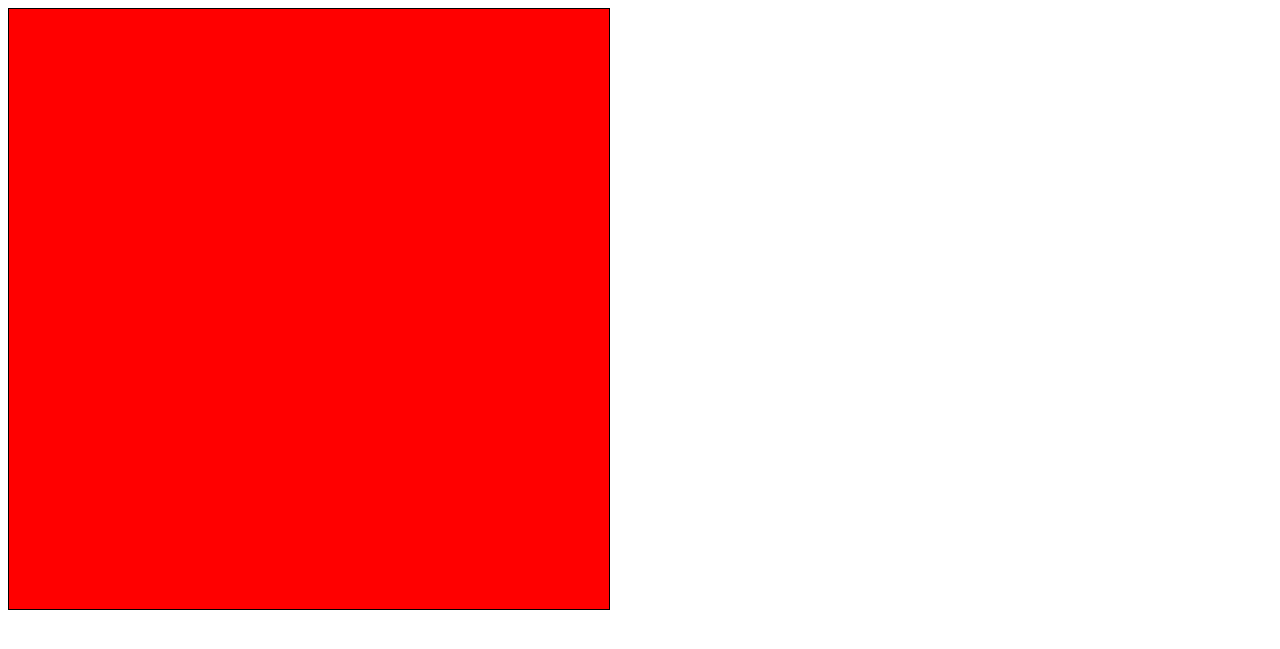
Repository: melon-husk/snakeGame
Page: index2.html
The author's editor kept a copy of each file at every save. The page is drawn from the files as they stood at one save, then again after a run of saves.
The browser window is 1280 px wide. The pictures show the whole page.

Above is the page before, as saved 2020-05-22 20:16:45.

After the next 2 saves:
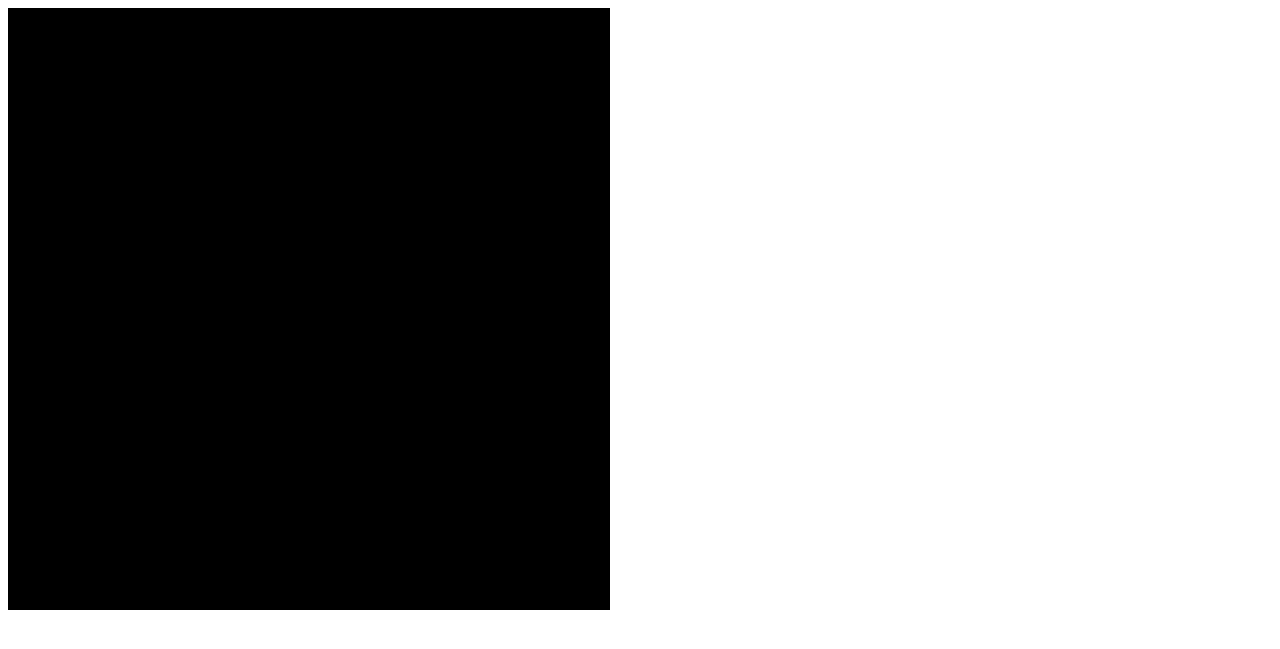
The 2 saves are shown as one change because they came seconds apart.
The last was saved 36 s later.
--- a/script.js
+++ b/script.js
@@ -113,7 +113,7 @@
     if( d == "S") snakeY += elementHeight;
 }
 function initialCanvasDraw(){
-    ctx.fillStyle = backGroundColor;
+    ctx.fillStyle = "black";
     ctx.fillRect(0, 0, boxWidth, boxHeight);
     for( let i = 0; i < friends.length ; i++){
         ctx.drawImage(friendImg, friends[i].x, friends[i].y,elementWidth,elementHeight);

After the save that followed:
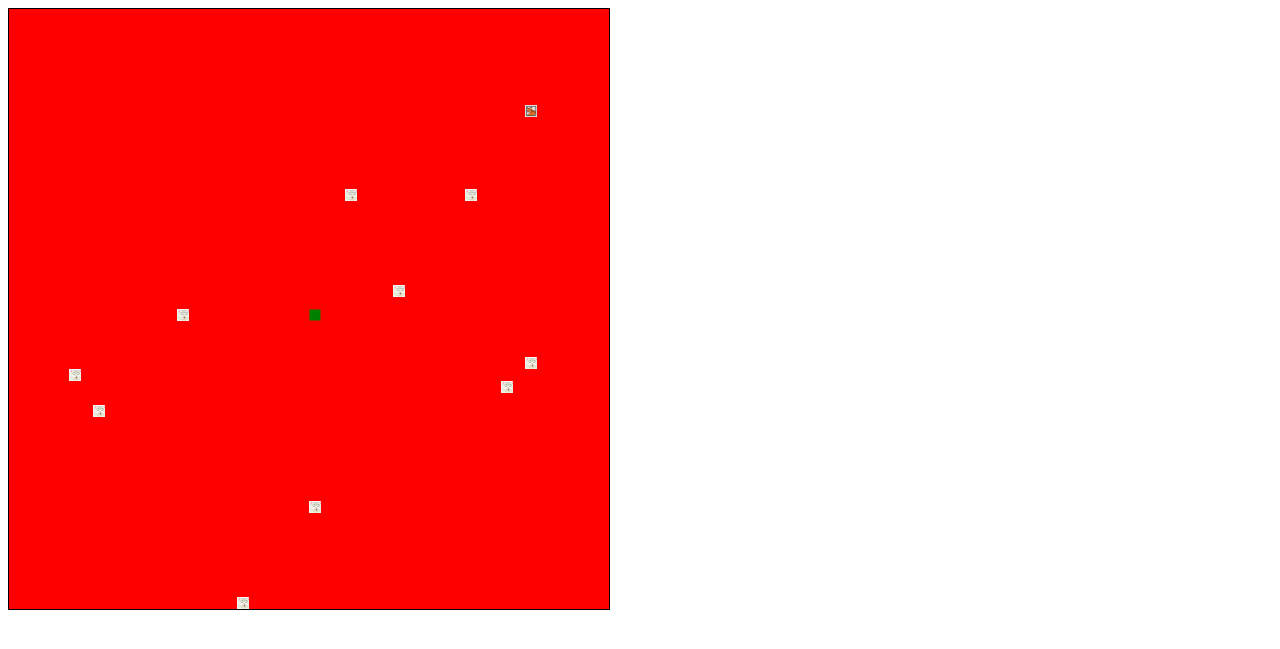
Saved 3 min 22 s later.
--- a/script.js
+++ b/script.js
@@ -113,7 +113,7 @@
     if( d == "S") snakeY += elementHeight;
 }
 function initialCanvasDraw(){
-    ctx.fillStyle = "black";
+    ctx.fillStyle = backGroundColor;
     ctx.fillRect(0, 0, boxWidth, boxHeight);
     for( let i = 0; i < friends.length ; i++){
         ctx.drawImage(friendImg, friends[i].x, friends[i].y,elementWidth,elementHeight);
@@ -130,13 +130,13 @@
     ctx.fillStyle = backGroundColor;
     ctx.fillRect(0, 0, boxWidth, boxHeight);
 
-    /*for( let i = 0; i < snake.length ; i++){
+    for( let i = 0; i < snake.length ; i++){
         ctx.fillStyle = ( i == 0 )? "green" : "white";
         ctx.fillRect(snake[i].x,snake[i].y,elementWidth,elementHeight);
 
         ctx.strokeStyle = "red";
         ctx.strokeRect(snake[i].x,snake[i].y,elementWidth,elementHeight);
-    }*/
+    }
 
     //drawSnakeMovement(snake);
 
@@ -232,5 +232,5 @@
 }
 
 // call draw function every 100 ms
-initialCanvasDraw();
-//let game = setInterval(redraw,100);
+//initialCanvasDraw();
+let game = setInterval(redraw,100);
